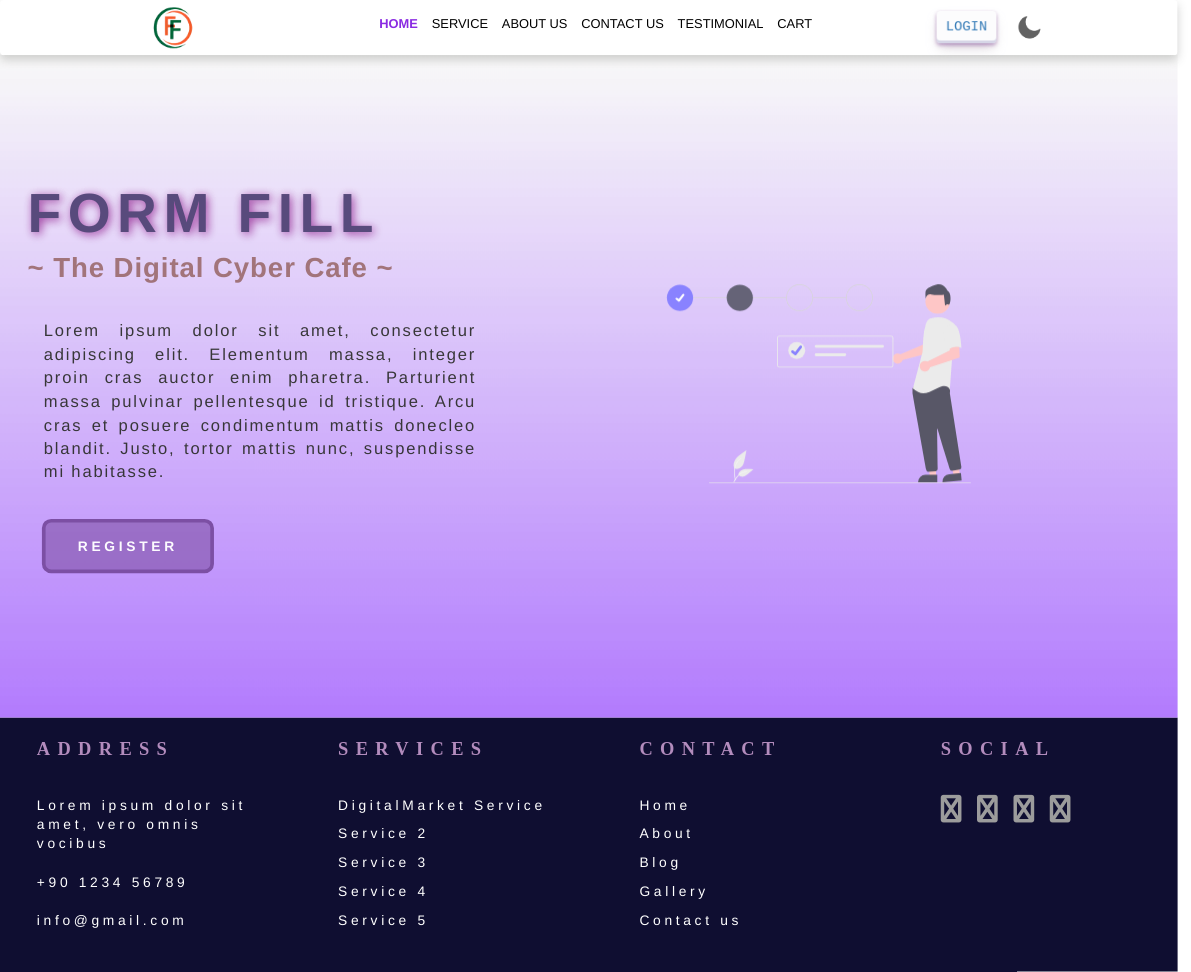
Repository: codervivek5/Formfil
Page: index.html
These files come from the project's save history. The page is drawn as it stood at one moment and after the next save; the edit follows.
The browser window is 1280 px wide. The page is 1295 px wide, so the pictures cover 1295 px, including what lies to the right of the window. The pictures show the whole page, at 92% of full size.
Some web fonts or font styles are not loaded; a fallback is used.

Above is the page before, as saved 2023-03-04 21:09:18.

### index.html
<!DOCTYPE html>
<html lang="en">

<head>
	<meta charset="UTF-8" />
	<meta http-equiv="X-UA-Compatible" content="IE=edge" />
	<meta name="viewport" content="width=device-width, initial-scale=1.0" />
	<title>Home-FormFil</title>
	<link rel="stylesheet" href="style/style.css" />
     <link rel="stylesheet" href="style/theme.css">

	<link rel="stylesheet" href="https://maxcdn.bootstrapcdn.com/bootstrap/3.4.1/css/bootstrap.min.css">
	<script src="https://ajax.googleapis.com/ajax/libs/jquery/3.6.0/jquery.min.js"></script>
     <script src="https://maxcdn.bootstrapcdn.com/bootstrap/3.4.1/js/bootstrap.min.js"></script>

	<link rel="stylesheet" href="https://fonts.googleapis.com/css?family=Trirong" />
	<link rel="icon" type="image/x-icon" href="./img/crop_logo.png" />
	<link rel="stylesheet" href="https://cdnjs.cloudflare.com/ajax/libs/font-awesome/6.2.1/css/all.min.css">
</head>

<body>

    <div class="loader">
          <img class= "imgload" src="img/logo.png"  alt="">
     </div>

     <header class="navbar">
      <a href="index.html"><img class="logo" src="img/logo.png" width="100px" height="100px" /></a>

      <div class="navbar-opt">
        <ul class="navbar-list">
          <li><a href="index.html" class="nav-link active">HOME</a></li>
          <li><a href="pages/service.html" class="nav-link">SERVICE </a></li>
          <li><a href="pages/about_us.html" class="nav-link">ABOUT US </a></li>
          <li><a href="pages/contact-us.html" class="nav-link">CONTACT US </a></li>
          <li><a href="pages/testimonial.html" class="nav-link">TESTIMONIAL</a></li>
          <li><a href="pages/cart.html" class="nav-link">CART</a></li>
        </ul>
      </div>

      <div class="fixed-buttons">
        <button><a href="pages/login.html" class="lgn">LOGIN</a></button>
        <img src="img/moon.png" id="icon">
      </div>

      <div class="mobile-menu">
        <ion-icon name="menu-outline" class="menu-icon"></ion-icon>
        <ion-icon name="close-outline" class="menu-icon"></ion-icon>
      </div>

     </header>

	<div class="main">

		<div class="container">
			<div class="content animated fadeInLeft">
				<h1>FORM FILL</h1>
				<h2>~ The Digital Cyber Cafe ~</h2>
				<p class="para">
					Lorem ipsum dolor sit amet, consectetur adipiscing elit.
          Elementum massa, integer proin cras auctor enim pharetra.
					Parturient massa pulvinar pellentesque id tristique.
          Arcu cras et posuere condimentum mattis donecleo blandit.
          Justo, tortor mattis nunc, suspendisse mi habitasse.
				</p>
				<div class="btn">
					<a href="pages/signup.html"> <button class="btn1 button">REGISTER</button></a>
				</div>
			</div>
			<div class="shipp">
				<img src="img/svg.svg" />
        <!-- <img src="img/formfilSvg.svg" /> -->
			</div>
		</div>
	</div>

<!-- footer section -->
<footer>
    <div>
        <div class="row">
            <div class="col-lg-3 col-md-5 col-sm-4 col-xs-12">
                <ul class="adress">
                     <span>Address</span>
                     <li>
                        <p>Lorem ipsum dolor sit amet, vero omnis vocibus</p>
                      </li>

                      <li>
                        <p>+90 1234 56789</p>
                      </li>

                      <li>
                        <p>info@gmail.com</p>
                      </li>
                 </ul>
            </div>
            <div class="col-lg-3 col-md-5 col-sm-4 col-xs-12">
               <ul class="service">
                    <span>Services</span>
                    <li>
                       <a href="#">DigitalMarket Service</a>
                     </li>

                     <li>
                        <a href="#">Service 2</a>
                     </li>

                     <li>
                       <a href="#">Service 3</a>
                     </li>

                     <li>
                        <a href="#">Service 4 </a>
                     </li>

                     <li>
                       <a href="#">Service 5</a>
                    </li>
               </ul>
           </div>
            <div class="col-lg-3 col-md-3 col-sm-4 col-xs-12">
                <ul class="contact">
                     <span>Contact</span>
                     <li>
                        <a href="index.html">Home</a>
                      </li>

                      <li>
                         <a href="pages/about_us.html">About</a>
                      </li>

                      <li>
                        <a href="#">Blog</a>
                      </li>

                      <li>
                         <a href="#">Gallery </a>
                      </li>

                      <li>
                        <a href="pages/contact-us.html">Contact us</a>
                     </li>
                </ul>
            </div>

            <div class="col-lg-3 col-md-3 col-sm-4 col-xs-12">
               <ul class="social">
                    <span>Social</span>
                    <li>
                         <a href="https://www.facebook.com/codervivek"  target="_blank"><i class="fa fa-facebook fa-2x"></i></a>
                    </li>

                    <li>
                         <a href="https://github.com/codervivek5" target="_blank"><i class="fa fa-github fa-2x"></i></a>
                    </li>

                    <li>
                         <a href="https://www.linkedin.com/in/codervivek/" target="_blank"><i class="fa fa-linkedin fa-2x"></i></a>
                    </li>

                    <li>
                         <a href="https://twitter.com/codervivek5" target="_blank"><i class="fa fa-twitter fa-2x"></i></a>
                    </li>

                    <li>
                         <a href="https://www.youtube.com/codervivek" target="_blank"><i class="fa fa-youtube-play fa-2x"></i></a>
                   </li>
                  </ul>
            </div>
       </div>
    </div>
    <button class="back-to-top hidden">
     <svg
     xmlns="http://www.w3.org/2000/svg"
     class="back-to-top-icon"
     fill="none"
     viewBox="0 0 24 24"
     stroke="currentColor"
   >
     <path
       stroke-linecap="round"
       stroke-linejoin="round"
       stroke-width="2"
       d="M7 11l5-5m0 0l5 5m-5-5v12"
     />
   </svg></button>
</footer>


<script>

     // Javascript Code for Dark Mode Switch
	var icon = document.getElementById("icon");
	icon.onclick = function(){
		document.body.classList.toggle("dark-mode");
		if (document.body.classList.contains("dark-mode")){
			icon.src="img/sun.png";
		}
		else {
			icon.src="img/moon.png";
		}
	}
  //javascript for loader
  $(document).ready(function() {
      // Animate loader off screen
   setTimeout(function() {
    $(".loader").fadeOut("slow");
   }, 0);
  });
      // Javascript Code for Scroll to top Button
      const showOnPx = 100;
      const backToTopButton = document.querySelector(".back-to-top")

     const scrollContainer = () => {
       return document.documentElement || document.body;
      };

 document.addEventListener("scroll", () => {
   if (scrollContainer().scrollTop > showOnPx) {
     backToTopButton.classList.remove("hidden")
   } else {
     backToTopButton.classList.add("hidden")
   }
 })
 const goToTop = () => {
   document.body.scrollIntoView({
     behavior: "smooth",
   });
 };
 backToTopButton.addEventListener("click", goToTop);

 const mobile_nav= document.querySelector('.mobile-menu');
const nav_header= document.querySelector(".navbar");

const toggleNav = () =>{
  nav_header.classList.toggle("switchOn");
}

mobile_nav.addEventListener('click', () => toggleNav());

</script>
<script type="module" src="https://unpkg.com/ionicons@5.5.2/dist/ionicons/ionicons.esm.js"></script>
<script nomodule src="https://unpkg.com/ionicons@5.5.2/dist/ionicons/ionicons.js"></script>
</body>
</html>

### style/style.css
@import url('https://fonts.googleapis.com/css2?family=Tilt+Prism&display=swap');

body{
	margin:0;
	padding:0;
	background:black;
font-family: 'Times New Roman', Times, serif;
overflow-x: hidden;
}
.main{
	position: relative;
	height:100%;
	width:100%;
	background-position: center;
	background-repeat: no-repeat;
	background-size: cover;
	opacity: 0.8;

}
.navbar{
    padding: 0 !important;
    padding: 0 3rem;
    height: 6rem;
    display: flex;
    justify-content: space-between;
    align-items: center;
    margin-bottom: 0 !important;
    box-shadow: 0px 5px 10px #48464640 !important;
    z-index: 999;
}

.navbar-opt{
    transition: all 0.5s;
  }

  .navbar-list{
    display: flex;
    gap: 1.5rem;
    list-style: none;
  }

  .fixed-buttons{
    display: flex;
    justify-content: center;
    align-items: center;
    column-gap: 1rem;
  }

  .active{
    font-weight: 700 !important;
  }

  .nav-link:link,
.nav-link:visited {
  display: inline-block;
  text-decoration: none;
  color: black;
}

.mobile-menu{
  display: none;
  background: transparent;
  cursor: pointer;
}

.menu-icon{
  width: 3.2rem;
  height: 3.2rem;
  z-index: 1000;
}

.menu-icon[name="close-outline"]{
  display: none;
}

.fixed-buttons button{
  align-items: center;
  appearance: none;
  background-color: #FCFCFD;
  border-radius: 4px;
  border-width: 0;
  box-shadow: #7b378e7b 0 2px 4px,#c1b6c4a8 0 7px 13px -3px,#D6D6E7 0 -3px 0 inset;
  box-sizing: border-box;
  color: #36395A;
  cursor: pointer;
  display: inline-flex;
  font-family: "JetBrains Mono",monospace;
  height: 3.5rem;
  justify-content: center;
  line-height: 1;
  list-style: none;
  overflow: hidden;
  padding-left: 1rem;
  padding-right: 1rem;
  position: relative;
  text-align: left;
  text-decoration: none;
  transition: box-shadow .15s,transform .15s;
  user-select: none;
  -webkit-user-select: none;
  touch-action: manipulation;
  white-space: nowrap;
  will-change: box-shadow,transform;
  font-size: 1.5rem;
}

.fixed-buttons button:focus {
    box-shadow: #D6D6E7 0 0 0 1.5px inset, rgba(45, 35, 66, 0.4) 0 2px 4px, rgba(45, 35, 66, 0.3) 0 7px 13px -3px, #D6D6E7 0 -3px 0 inset;
  }

  .fixed-buttons button:hover {
    box-shadow: rgba(45, 35, 66, 0.4) 0 4px 8px, rgba(45, 35, 66, 0.3) 0 7px 13px -3px, #D6D6E7 0 -3px 0 inset;
    transform: translateY(-2px);
  }

  .fixed-buttons button:active {
    box-shadow: #D6D6E7 0 3px 7px inset;
    transform: translateY(2px);
  }

@media (max-width:1220px){
    .navbar-list{
      gap: 0.3rem;
    }
  }

  @media (max-width:1030px){
    .mobile-menu{
      display: block;
    }

    .navbar{
      padding: 0 1rem;
      position: relative;
    }

    .navbar-opt{
      width: 100vw;
      height: 100vh;
      background-color: #484646dd;
      position: absolute;
      top: 0;
      left: 0;
      display: flex;
      justify-content: center;
      /* transform: translateY(100%); */
      transition: all 0.5s linear;
      opacity: 0;
      visibility: hidden;
      pointer-events: none;
    }

    .navbar-list{
      flex-direction: column;
      align-items: center;
      justify-content: center;
      font-size: 1.7rem;
      font-weight: 500;
    }

    .switchOn .navbar-opt{
      opacity: 1;
      visibility: visible;
      pointer-events: auto;
    }

    .switchOn .mobile-menu .menu-icon[name="close-outline"]{
      display: block;
    }

    .switchOn .mobile-menu .menu-icon[name="menu-outline"]{
      display: none;
    }

  }

  .nav-link:hover{
    color: grey !important;
  }

    /* ____________________________________________________________________________________________________________ */

.container{
    display: flex;
    justify-content: space-between;
    align-items: center;
    position: relative;
    top: 20vh;
    padding: 0px 25px;
}
.shipp{
  padding-left: 50px;
}
.shipp img{
    width: 60vh;
}
.content{
  display: flex;
  flex-direction: column;
  margin-left: -80px;
}
.content h1{
    color: #2a1958;
    text-shadow: 2px 2px 10px purple;
    font-size: 6rem;
    letter-spacing: 7px;
    margin-top: -5px;
    font-weight: bold;
}
.content h2{
  color: rgba(0, 0, 0, 0.87);
	width:100%;
  font-weight: bold;
  margin-top: -1px;
  letter-spacing: 1px;
}
.content .para{
  color: black;
	width:100%;
  text-align: justify;
  font-size: 18px;
  margin-top: 30px;
  padding-left: 60px;
  letter-spacing: 2px;
  font-weight: 500;

}
.content .btn{
  text-align: left;
  margin-left: 45px;
  margin-top: 20px;
}
.content button{
    padding: 15px 35px;
    border-radius: 10px;
    border: none;
    background-color: rgba(90, 34, 139,0.6) !important;
    border: 4px solid rgba(90, 34, 139);
    color: white !important;
    font-weight: bold !important;
    letter-spacing: 4px;
    font-size: 15px !important;
    transition: transform .2s;
}
.btn1:hover{
  transform: scale(1.15);
  background-color: rgba(90, 34, 139,0.2) !important;
  color: white !important;
}

@media only screen and (max-width: 1300px){
    .shipp img{
      width: 50vw;
      height: 30vh;
  }
  }

  @media only screen and (max-width: 500px){
    .container{
      display: flex;
      flex-direction: column;
      padding: 0 !important;
      margin: 0 !important;
    }
    .content{
      width: 100vw;
      display: flex;
      flex-direction: column;
      justify-content: center;
      align-items: center;
      padding: 0 !important;
      margin: 0 !important;
    }
    .shipp img{
      width: 50vw;
      height: 40vh;
  }
  .content h1{
    font-size: 3rem;
  }
  .content h2{
    font-size: 2rem;
  }
  .content .para{
    font-size: 1.5rem;
  }
  }
/* footer */
footer{
     background-color: #0f0e31;
     padding:20px 0px;
     z-index: 1;
}

footer ul li{
    padding:5px 0px;
}

.adress span , .contact span , .social span, .service span{
   color: #FFF;
   font-weight: 800;
   padding-bottom: 10px;
   margin-bottom: 20px;
   display: block;
   text-transform: uppercase;
   font-size: 20px;
   letter-spacing: 3px;
}

.adress li p , .contact li a , .social li a, .service li a{
    color:#FFF;
    letter-spacing: 2px;
    text-decoration:none;
    font-size:15px;
    font-style: sans-serif;
}

.social li{
    float:left;
}

.adress , .contact , .social , .service{
    list-style: none;
}

.fa{
    color:#9c9c9c;
    margin-right: 15px;
    font-size:24px;
}
.service span{
    letter-spacing: 8px;
    font-family:'Tilt Prism', cursive;
    color:rgb(179,140,189);
}
.contact span{
    letter-spacing: 8px;
    font-family: 'Tilt Prism', cursive;
    color:rgb(179,140,189);

}
.adress span{
    letter-spacing: 8px;
    font-family:'Tilt Prism', cursive;
    color:rgb(179,140,189);
}
.social span{
    letter-spacing: 8px;
    font-family:'Tilt Prism', cursive;
    color:rgb(179,140,189);
}
.service a{
    letter-spacing: 4px !important;
    position: relative;
    transition: all 0.5s ease;
    -webkit-transition: all 0.5s ease;
}
.service a:hover {
    color: rgb(137,130,255) !important;
    transition: all 1s ease;
    -webkit-transition: all 1s ease;
}

 .service a:before, .service a:after {
  content: '';
  position: absolute;
  width: 0%;
  height: 1px;
  bottom: -1px;
  background:rgb(204,214,246);
}

.imgload{
	height: 25%;
	width: 15%;

}
.loader{
    position: fixed;
    z-index: 1;
    top: 0;
    left: 0;
    background: #7b378ec4;
    height: 100%;
    width: 100%;
    display: flex;
    justify-content: center;
    align-items: center;
  }

  .loader.hidden{
    animation: fadeOut 2s forwards;
  }
  @keyframes fadeOut {
    100%{
      opacity: 100%;
      visibility: hidden;
    }
  }



.adress p{
    letter-spacing: 4px !important;
    position: relative;
    transition: all 0.5s ease;
    -webkit-transition: all 0.5s ease;
}
.adress p:hover {
    color: rgb(14, 214, 3) !important;
    transition: all 1s ease;
    -webkit-transition: all 1s ease;
}
.contact a{
    letter-spacing: 4px !important;
    position: relative;
    transition: all 0.5s ease;
    -webkit-transition: all 0.5s ease;
}
.contact a:hover {
    color: rgb(212, 1, 227) !important;
    transition: all 1s ease;
    -webkit-transition: all 1s ease;
}
.social i{
    position: relative;
}
.social i:hover {
    color: rgb(15, 3, 252) !important;
    transition: all 1s ease;
    -webkit-transition: all 1s ease;
}
.back-to-top {
    position: fixed;
    right: 2rem;
    bottom: 2rem;
}
.hidden {
    display: none;
        opacity: 0%;

  }
.back-to-top {
    position: fixed;
    right: 2rem;
    bottom: 2rem;
    border-radius: 100%;
    background: gray;
    padding: 1.5rem;
    border: none;
    cursor: pointer;
    opacity: 100%;
    transition: opacity 0.5s;
  }
  .back-to-top-icon {
    width: 2rem;
    height: 2rem;
    color: white;
  }
  .back-to-top:hover {
    opacity: 60%;
  }

.footerpart{
	text-align: center;
}
.animated {
  -webkit-animation-duration: 7s;
  animation-duration: 7s;
  -webkit-animation-fill-mode: both;
  animation-fill-mode: both;
}

@-webkit-keyframes fadeInLeft {
  0% {
     opacity: 0;
     -webkit-transform: translateX(-100px);
  }
  100% {
     opacity: 1;
     -webkit-transform: translateX(0);
  }
}
.fadeInLeft {
  -webkit-animation-name: fadeInLeft;
  animation-name: fadeInLeft;
}






    /* ____________________________________________________________________________________________________________ */

### style/theme.css
:root{
	--color--main: linear-gradient(rgba(244, 245, 243, 0.712),rgba(159, 90, 253,1));
	--color--footer: rgb(119, 5, 100);
	--color--h1: #2a1958;
	--color--h2: rgba(122, 60, 60, 0.87);
	--color--p: black;
	--color--btn: #2a1958;
	--color--nav: black;
	--color--nav_before:#2a1958;
	--color--customnav: white;
}
.dark-mode{
	--color--main: linear-gradient(#4b075ac4,rgba(28, 1, 41, 0.712));
	--color--footer: rgb(65, 3, 55);
	--color--h1: rgb(255, 255, 255);
	--color--h2: rgb(233, 233, 233);
	--color--p: white;
	--color--btn: #130735;
	--color--nav: rgb(215, 244, 248);
	--color--nav_before:rgb(215, 244, 248);
	--color--customnav: rgb(174, 147, 180);
}
#icon{
	width: 30px;
	cursor: pointer;
	margin: 10px;
}
.main{
	position: relative;
	height:100vh;
	width:100%;
	background:var(--color--main);
	background-position: center;
	background-repeat: no-repeat;
	background-size: cover;
	opacity: 0.8;
}
.navbar{
	background-color: var(--color--customnav);
}

.nav-link{
	color: var(--color--p) !important;
}

.active{
	color: blueviolet !important;
}
.content h1{
    color:var(--color--h1);
margin-left: 8%;
}
.content h2{
    color: var(--color--h2);
    margin-left: 8%;
}
.content .para{
    color: var(--color--p);
}
.content .btn1 {
    background-color: var(--color--btn);
    color:honeydew;

}
.footer{
	background-color:var(--color--footer);
	display: block;
	justify-content: center;
	align-items: center;
	width: 100%;
	height: 40vh;

}

After the next save:
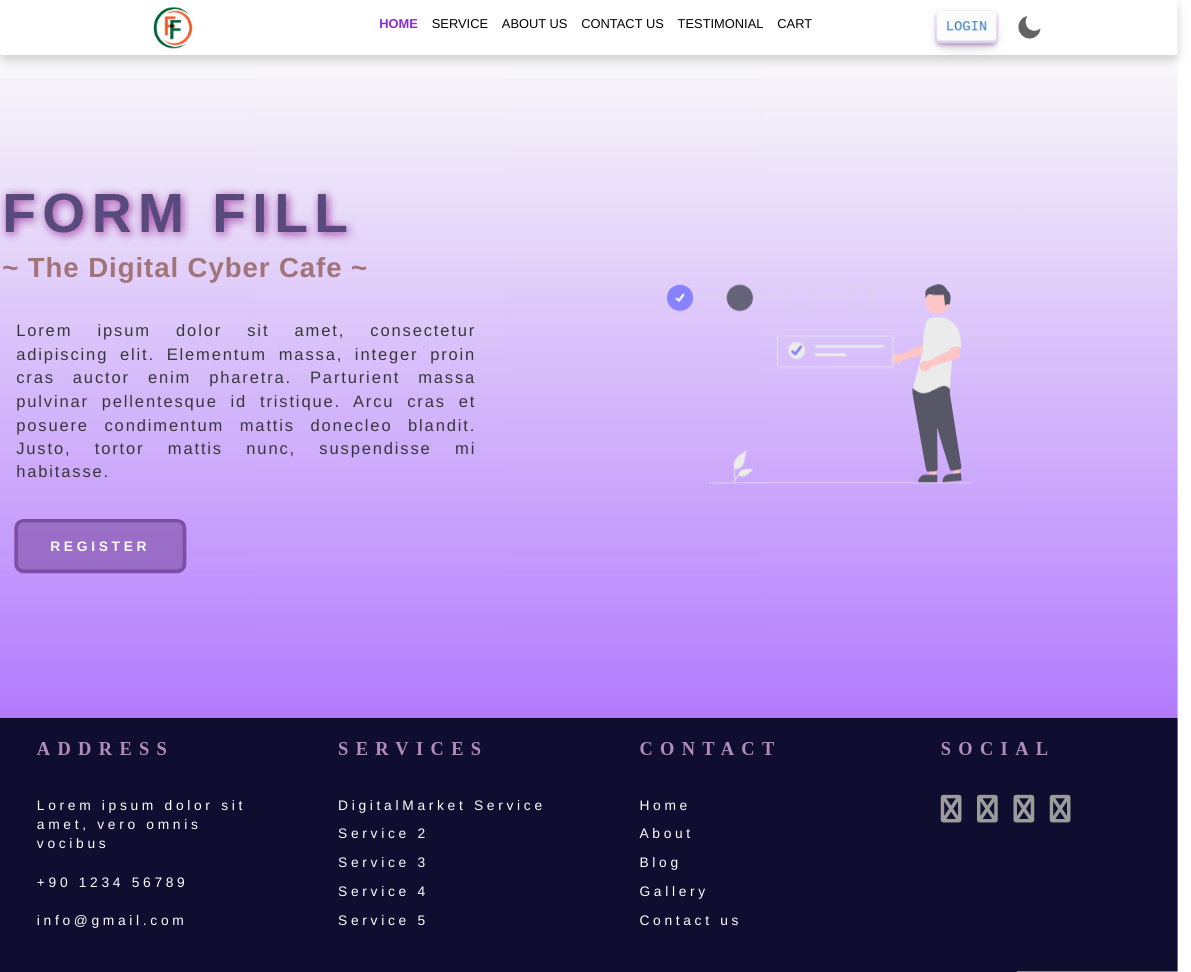
Saved 38 s later.
--- a/style/style.css
+++ b/style/style.css
@@ -197,7 +197,7 @@ overflow-x: hidden;
 .content{
   display: flex;
   flex-direction: column;
-  margin-left: -80px;
+  margin-left: -110px;
 }
 .content h1{
     color: #2a1958;
